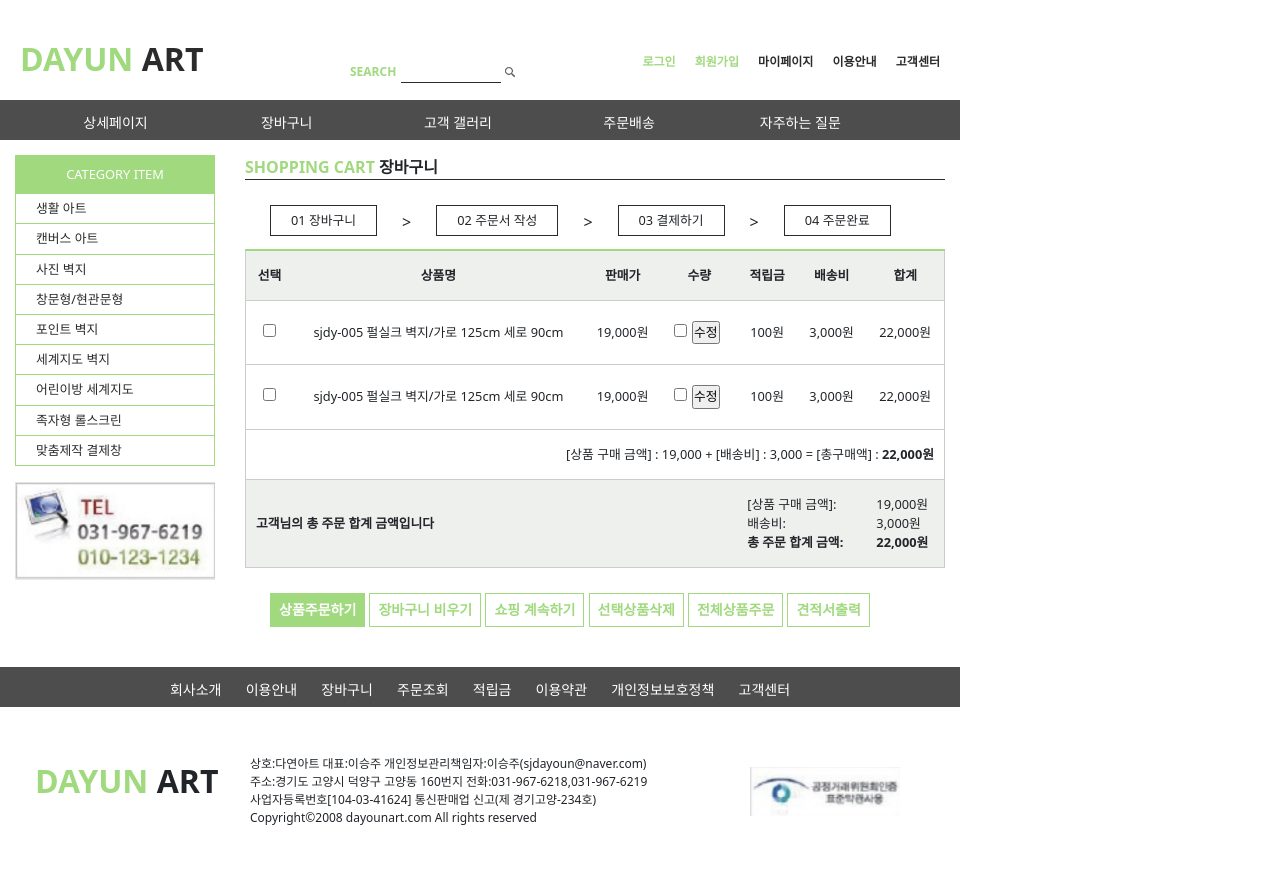
Repository: yeonddu/green_js
Page: pro01/public/bootstrap/cart.html
An editor plug-in stored every save of this project. The page is shown before and after the next save, followed by the edit.
The browser window is 1280 px wide. The pictures show the whole page.

Above is the page before, as saved 2022-12-27 06:09:17.

### pro01/public/bootstrap/cart.html
<!DOCTYPE html>
<html lang="ko">
<head>
<meta charset="utf-8">
<meta name="viewport" content="width=device-width, initial-scale=1">
<link rel="stylesheet" href="cart.css">
<link href="https://cdn.jsdelivr.net/npm/bootstrap@5.2.3/dist/css/bootstrap.min.css" rel="stylesheet">

<title>Insert title here</title>

</head>
<body>
 <header>
	 <div id="top">
	 	 	<div class="logo"><a href="#"><span class="brand">DAYUN</span> ART</a></div>
			<div id="search">
				<div id="search-title">SEARCH</div>
				<input id="search-input" type="search">
				<a href="#"><img src="images/glass.png"></a>
			</div>
			<div id="top-menu">
				<ul>
					<li><a class="brand" href="#">로그인</a></li>
					<li><a class="brand" href="#">회원가입</a></li>
					<li><a href="#">마이페이지</a></li>
					<li><a href="#">이용안내</a></li>
					<li><a href="#">고객센터</a></li>
				</ul>
			</div>
		 </div>
	 <div id="main-menu">
	 	<ul>
	 		<li><a href="#">상세페이지</a></li>
	 		<li><a href="#">장바구니</a></li>
	 		<li><a href="#">고객 갤러리</a></li>
	 		<li><a href="#">주문배송</a></li>
	 		<li><a href="#">자주하는 질문</a></li>
	 	</ul>
	 </div>
</header>
<section>
	<div id="cont-left">
		<div id="cate">
			<div id="cate-title">CATEGORY ITEM</div>
			<ul>
			<li><a href="#">생활 아트</a></li>
			<li><a href="#">캔버스 아트</a></li>
			<li><a href="#">사진 벽지</a></li>
			<li><a href="#">창문형/현관문형</a></li>
			<li><a href="#">포인트 벽지</a></li>
			<li><a href="#">세계지도 벽지</a></li>
			<li><a href="#">어린이방 세계지도</a></li>
			<li><a href="#">족자형 롤스크린</a></li>
			<li><a href="#">맞춤제작 결제창</a></li>
			</ul>
		</div>

		<div id="tel">
			<img src="images/tel.png" alt="tel">
		</div>
	</div>
	<div id="cont-right">
		<div id="cart">
			<div id="box1" >
			<div id="cart-title"><span class="brand">SHOPPING CART</span> 장바구니</div>
			</div>
			<div id="box2">
				<div class="box2-item1">01 장바구니</div>
				<div class="box2-item2">></div>
				<div class="box2-item1">02 주문서 작성</div>
				<div class="box2-item2">></div>
				<div class="box2-item1">03 결제하기</div>
				<div class="box2-item2">></div>
				<div class="box2-item1">04 주문완료</div>
			</div>
			<div id="box3">
				<table>
					<thead>
					<tr>
						<th>선택</th>
						<th>상품명</th>
						<th>판매가</th>
						<th>수량</th>
						<th>적립금</th>
						<th>배송비</th>
						<th>합계</th>
					</tr>
					</thead>
					<tbody>
					<tr>
						<td><input type="checkbox" ></td>
						<td>sjdy-005 펄실크 벽지/가로 125cm 세로 90cm</td>
						<td>19,000원</td>
						<td><input type="checkbox"><input type="button" value="수정"></td>
						<td>100원</td>
						<td>3,000원</td>
						<td>22,000원</td>
					</tr>
					<tr>
						<td><input type="checkbox" ></td>
						<td>sjdy-005 펄실크 벽지/가로 125cm 세로 90cm</td>
						<td>19,000원</td>
						<td><input type="checkbox"><input type="button" value="수정"></td>
						<td>100원</td>
						<td>3,000원</td>
						<td>22,000원</td>
					</tr>
					<tr>
						<td colspan="7">[상품 구매 금액] : 19,000 + [배송비] : 3,000 = [총구매액] : <b>22,000원</b></td>
					</tr>

					</tbody>
					<tfoot>
						<tr>
							<td colspan="4"><b>고객님의 총 주문 합계 금액입니다</b></td>
							<td colspan="2">[상품 구매 금액]:<br>
							배송비:<br>
							<b>총 주문 합계 금액:</b><br>
							</td>
							<td>19,000원<br>
							3,000원<br>
							<b>22,000원</b><br>
							</td>
						</tr>
					</tfoot>
				</table>
			</div>
			<div id="box4">
				<div class="box4-item1"><a href="#">상품주문하기</a></div>
				<div class="box4-item2"><a href="#">장바구니 비우기</a></div>
				<div class="box4-item2"><a href="#">쇼핑 계속하기</a></div>
				<div class="box4-item2"><a href="#">선택상품삭제</a></div>
				<div class="box4-item2"><a href="#">전체상품주문</a></div>
				<div class="box4-item2"><a href="#">견적서출력</a></div>
			</div>
		</div>
	</div>
		<div id="bottom-menu">
	 	<ul>
	 		<li><a href="#">회사소개</a></li>
	 		<li><a href="#">이용안내</a></li>
	 		<li><a href="#">장바구니</a></li>
	 		<li><a href="#">주문조회</a></li>
	 		<li><a href="#">적립금</a></li>
	 		<li><a href="#">이용약관</a></li>
	 		<li><a href="#">개인정보보호정책</a></li>
	 		<li><a href="#">고객센터</a></li>
	 	</ul>
	 </div>
</section>
<footer>
	<div class="logo"><span class="brand">DAYUN</span> ART</div>
	<div id="item2">상호:다연아트 대표:이승주 개인정보관리책임자:이승주(sjdayoun@naver.com)<br>
		주소:경기도 고양시 덕양구 고양동 160번지 전화:031-967-6218,031-967-6219<br>
		사업자등록번호[104-03-41624] 통신판매업 신고(제 경기고양-234호)<br>
		Copyright©2008 dayounart.com All rights reserved
	</div>
	<img src="images/certi.png" alt="공정거래위원회인증표준약관사용">
</footer>
</body>
</html>

### pro01/public/bootstrap/cart.css
@charset "EUC-KR";

* {
	margin:0;
	padding:0;
}

body {
	background:#F0F0F0;
	width:960px;
}
.brand {
	color:#A0D97E;
}

header a {
	text-decoration:none;
	color:#2B2B2B;
}
header #top {
	height:100px;
	position:relative;
}
header .logo {
	font-size:2em;
	position:relative;
	top:35px;
	left:20px;
	font-weight:bold;
}

header #search {
	position:relative;
	top:10px;
	left:350px;
	display:block;
	float:left;
	color:#A0D97E;
}

header #search-title {
	display:inline-block;
	font-size:12px;
	font-weight:bold;
}

header #search-input {
	border:none;
	border-bottom:1px solid #2B2B2B;
	background:none;
	width:100px;
}

header #top-menu {
	position:relative;
	float:right;
	margin: 0 10px;
}
header #top-menu ul li{
	display:inline-block;
	font-size:12px;
	margin-right:5px;
	padding:5px;
	font-weight:bold;
}

header #main-menu {
	height:40px;
	background:#4D4D4D;
	justify-content:center;
}

header #main-menu ul li {
	list-style:none;
	display:inline-block;
	width:18%;
	padding:10px;
	text-align:center;

}
header #main-menu a {
	color:white;
	font-size:14px;
}

section #cont-left {
	float:left;
	margin:10px;
	padding:5px;
}

section #cate #cate-title {
	background:#A0D97E;
	color:white;
	width:200px;
	margin:0;
	padding:10px 5px;
}

section #cate-title {
	text-align:center;
	font-size:0.8em;
}

section #cate ul {
	padding:0;
}
section #cate li {
	border :1px solid #A0D97E;
	border-top:none;
	list-style:none;
	width:200px;
	padding:5px 5px 5px 20px;
	font-size:0.8em;
}

section #cate a {
	text-decoration:none;
	color:#2B2B2B;
}

section #tel img {
	width:200px;
}
section #cont-right {
	float:left;
	margin:10px;
	padding:5px;
}

section #cart {
	width:700px;

}
section #box1 {
	border-bottom: 1px solid #2B2B2B;
}
section #cart-title {
	font-weight:bold;
}

section #box2 {
	margin: 15px;
}

section #box2 .box2-item1 {
	float:left;
	margin:10px;
	padding:5px 20px;
	border:1px solid #2B2B2B;
	font-size:0.8em;
}
section #box2 .box2-item2 {
	float:left;
	margin:10px;
	padding:5px 5px;
}

section table {
	border:1px solid #ccc;
	font-size:0.8em;
	text-align:center;
	width:700px;
}

section table thead {
	border-top:2px solid #A0D97E;
	background:#EEF0ED;
}

section table tr {
	border:1px solid #ccc;
}

section table th, td {
	padding: 15px 10px;
}

section table tr input:nth-child(2) {
	margin:5px;
}

section table tr:nth-child(3) {
	text-align:right;
}

section table tfoot {
	background:#EEF0ED;
}

section table tfoot td {
	text-align:left;
}
section table tfoot>td:nth-child(2){
	text-align:right;
}
section #box4 {
	margin:25px;
}
section #box4 .box4-item1, .box4-item2 {
	display:inline-block;
	border:1px solid #A0D97E;
	padding:5px 8px;
	font-size:0.8em;
}

section #box4 .box4-item1 {
	background:#A0D97E;
}

section #box4 .box4-item1 a {
	text-decoration:none;
	font-weight:bold;
	font-size:14px;
	color:white;
}
section #box4 .box4-item2 a{
		text-decoration:none;
	font-weight:bold;
	font-size:14px;
	color:#A0D97E;
}

section #bottom-menu {
	position:relative;
	clear:both;
	height:40px;
	background:#4D4D4D;

}

#bottom-menu ul {
	padding:10px;
	text-align:center;
}

section #bottom-menu ul li {
	display:inline-block;
	list-style:none;

}
section #bottom-menu a {
	color:white;
	text-decoration:none;
	font-size:14px;
	padding:10px;
}

footer .logo {
	font-size:2em;
	position:relative;
	top:50px;
	left:35px;
	font-weight:bold;
}

footer #item2 {
	position:relative;
	top:0px;
	left:250px;
	font-size:12px;
}

footer img {
	position:relative;
	left:750px;
	top:-60px;
	width:150px;
}

### pro01/public/bootstrap/dayun.css
@charset "EUC-KR";

* {
	margin:0;
	padding:0;
}

body {
	background:#F0F0F0;
	width:960px;
}
.brand {
	color:#A0D97E;
}

header a {
	text-decoration:none;
	color:#2B2B2B;
}
header #top {
	height:100px;
	position:relative;
}
header .logo {
	font-size:2em;
	position:relative;
	top:35px;
	left:20px;
	font-weight:bold;
}

header #search {
	position:relative;
	top:10px;
	left:350px;
	display:block;
	float:left;
	color:#A0D97E;
}

header #search-title {
	display:inline-block;
	font-size:12px;
	font-weight:bold;
}

header #search-input {
	border:none;
	border-bottom:1px solid #2B2B2B;
	background:none;
	width:100px;
}

header #top-menu {
	position:relative;
	float:right;
	margin: 0 10px;
}
header #top-menu ul li{
	display:inline-block;
	font-size:12px;
	margin-right:5px;
	padding:5px;
	font-weight:bold;
}

header #main-menu {
	height:40px;
	background:#4D4D4D;
	justify-content:center;
}

header #main-menu ul li {
	list-style:none;
	display:inline-block;
	width:18%;
	padding:10px;
	text-align:center;

}
header #main-menu a {
	color:white;
	font-size:14px;
}



section #bottom-menu {
	position:relative;
	clear:both;
	height:40px;
	background:#4D4D4D;

}

#bottom-menu ul {
	padding:10px;
	text-align:center;
}

section #bottom-menu ul li {
	display:inline-block;
	list-style:none;

}
section #bottom-menu a {
	color:white;
	text-decoration:none;
	font-size:14px;
	padding:10px;
}

footer .logo {
	font-size:2em;
	position:relative;
	top:50px;
	left:35px;
	font-weight:bold;
}

footer #item2 {
	position:relative;
	top:0px;
	left:250px;
	font-size:12px;
}

footer img {
	position:relative;
	left:750px;
	top:-60px;
	width:150px;
}

After the next save:
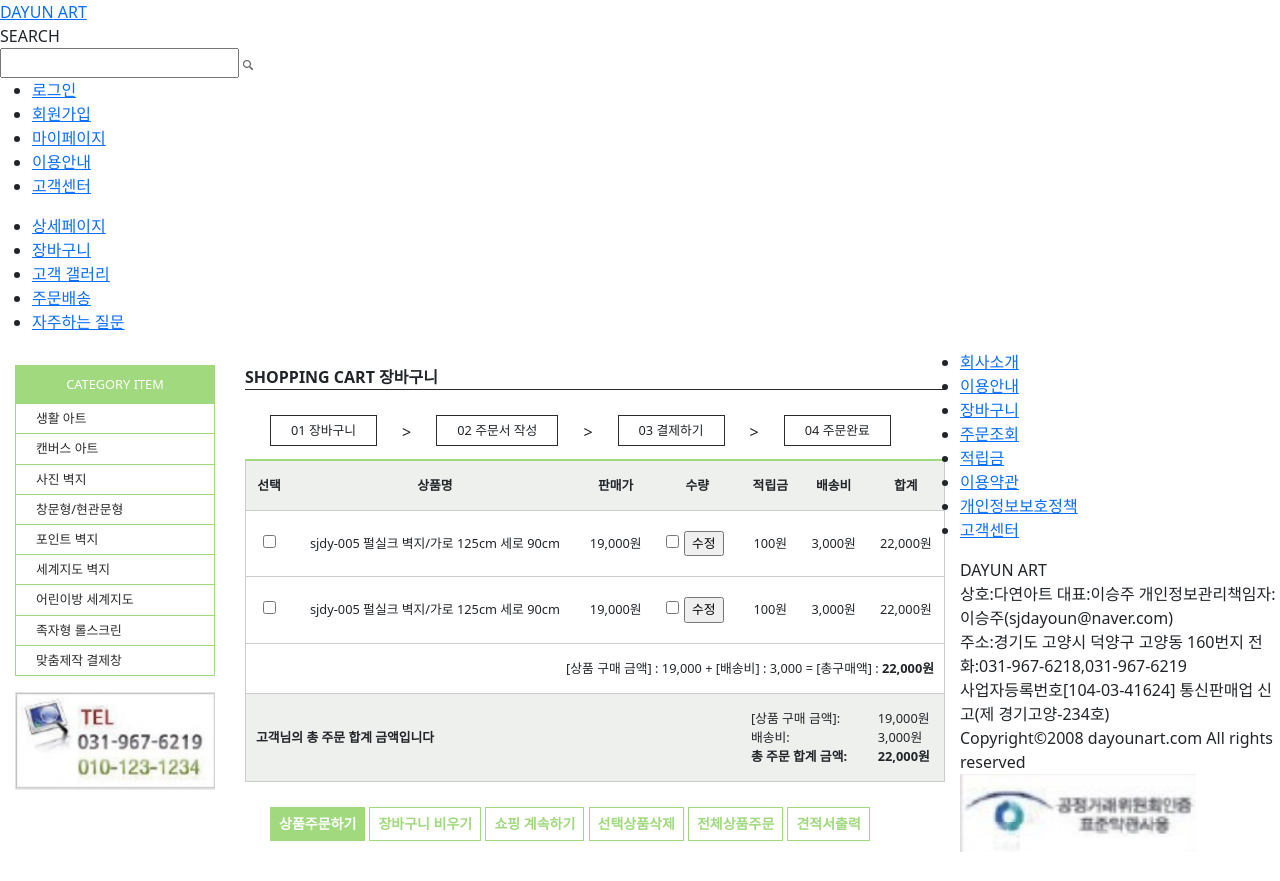
Saved 34 s later.
--- a/pro01/public/bootstrap/cart.css
+++ b/pro01/public/bootstrap/cart.css
@@ -1,87 +1,4 @@
 @charset "EUC-KR";
-
-* {
-	margin:0;
-	padding:0;
-}
-
-body {
-	background:#F0F0F0;
-	width:960px;
-}
-.brand {
-	color:#A0D97E;
-}
-
-header a {
-	text-decoration:none;
-	color:#2B2B2B;
-}
-header #top {
-	height:100px;
-	position:relative;
-}
-header .logo {
-	font-size:2em;
-	position:relative;
-	top:35px;
-	left:20px;
-	font-weight:bold;
-}
-
-header #search {
-	position:relative;
-	top:10px;
-	left:350px;
-	display:block;
-	float:left;
-	color:#A0D97E;
-}
-
-header #search-title {
-	display:inline-block;
-	font-size:12px;
-	font-weight:bold;
-}
-
-header #search-input {
-	border:none;
-	border-bottom:1px solid #2B2B2B;
-	background:none;
-	width:100px;
-}
-
-header #top-menu {
-	position:relative;
-	float:right;
-	margin: 0 10px;
-}
-header #top-menu ul li{
-	display:inline-block;
-	font-size:12px;
-	margin-right:5px;
-	padding:5px;
-	font-weight:bold;
-}
-
-header #main-menu {
-	height:40px;
-	background:#4D4D4D;
-	justify-content:center;
-}
-
-header #main-menu ul li {
-	list-style:none;
-	display:inline-block;
-	width:18%;
-	padding:10px;
-	text-align:center;
-
-}
-header #main-menu a {
-	color:white;
-	font-size:14px;
-}
 
 section #cont-left {
 	float:left;
@@ -220,50 +137,3 @@ section #box4 .box4-item2 a{
 	font-size:14px;
 	color:#A0D97E;
 }
-
-section #bottom-menu {
-	position:relative;
-	clear:both;
-	height:40px;
-	background:#4D4D4D;
-
-}
-
-#bottom-menu ul {
-	padding:10px;
-	text-align:center;
-}
-
-section #bottom-menu ul li {
-	display:inline-block;
-	list-style:none;
-
-}
-section #bottom-menu a {
-	color:white;
-	text-decoration:none;
-	font-size:14px;
-	padding:10px;
-}
-
-footer .logo {
-	font-size:2em;
-	position:relative;
-	top:50px;
-	left:35px;
-	font-weight:bold;
-}
-
-footer #item2 {
-	position:relative;
-	top:0px;
-	left:250px;
-	font-size:12px;
-}
-
-footer img {
-	position:relative;
-	left:750px;
-	top:-60px;
-	width:150px;
-}

After the save that followed:
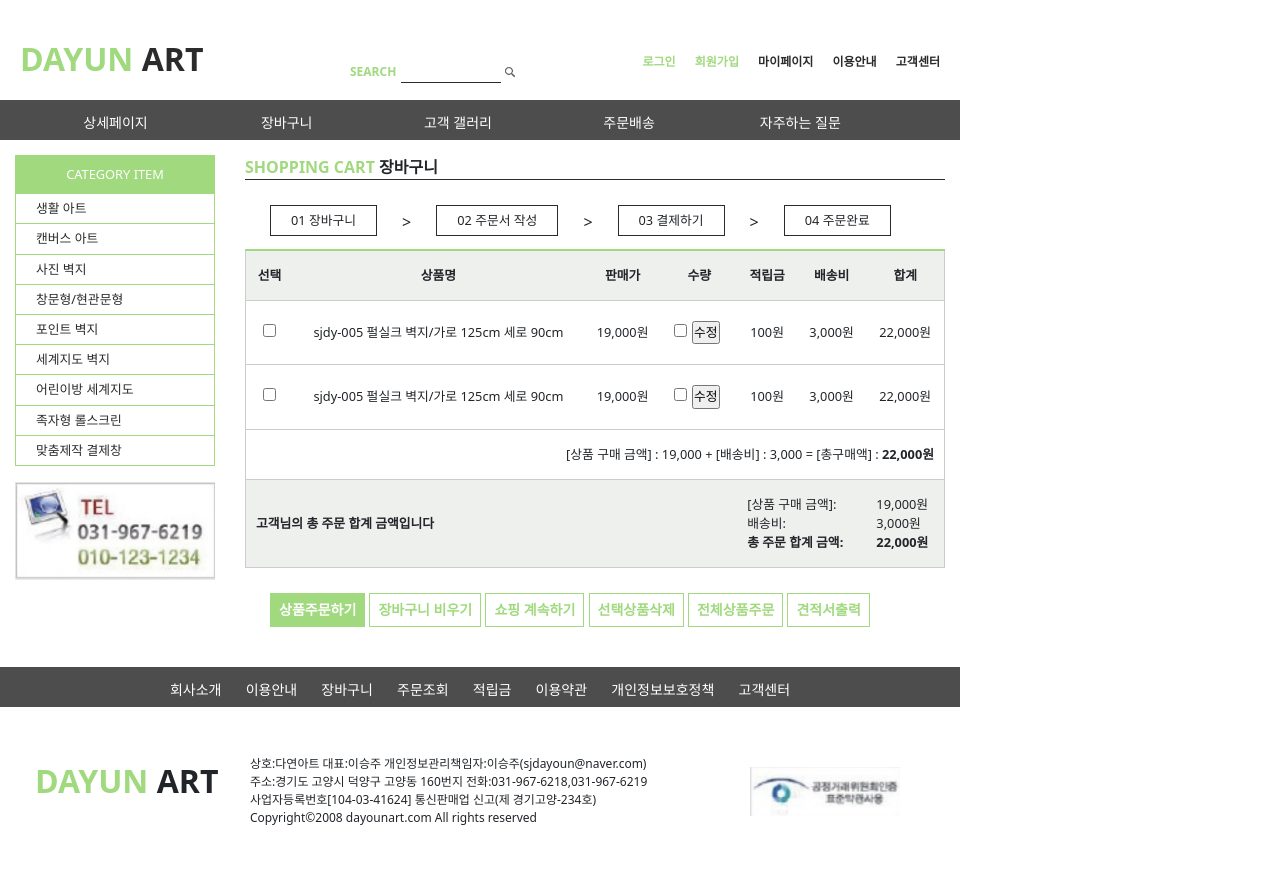
Saved 11 s later.
--- a/pro01/public/bootstrap/cart.html
+++ b/pro01/public/bootstrap/cart.html
@@ -4,6 +4,7 @@
 <meta charset="utf-8">
 <meta name="viewport" content="width=device-width, initial-scale=1">
 <link rel="stylesheet" href="cart.css">
+<link rel="stylesheet" href="dayun.css">
 <link href="https://cdn.jsdelivr.net/npm/bootstrap@5.2.3/dist/css/bootstrap.min.css" rel="stylesheet">
 
 <title>Insert title here</title>
